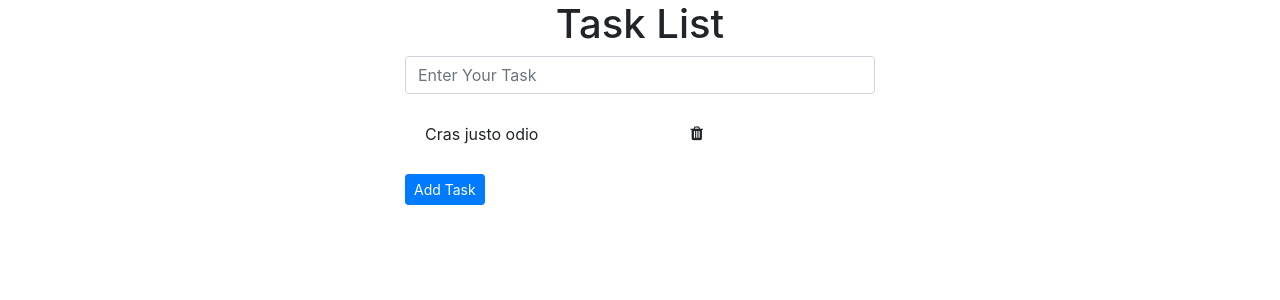
Repository: hoangphuong965/todolist
Page: index.html
These files come from the project's save history. The page is drawn as it stood at one moment and after the next save; the edit follows.
The browser window is 1280 px wide. The pictures show the whole page.

Above is the page before, as saved 2020-09-04 14:37:11.

After the next save:
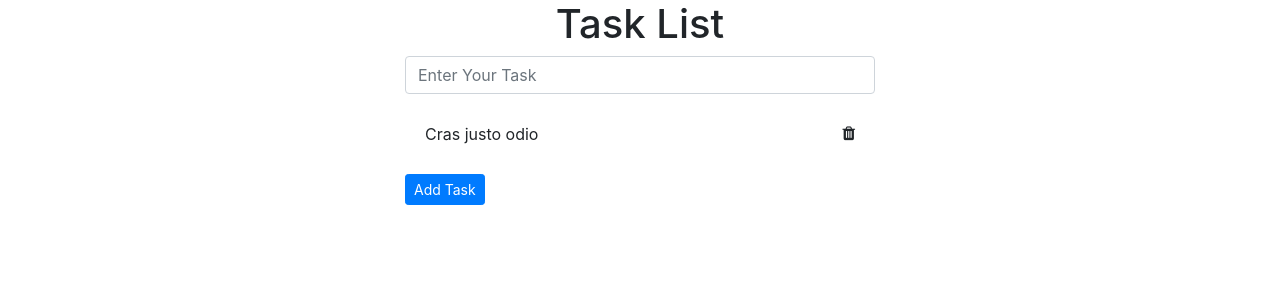
Saved 13 s later.
--- a/style.css
+++ b/style.css
@@ -3,7 +3,7 @@
 }
 .grid {
   display: grid;
-  grid-template-columns: auto auto auto auto;
+  grid-template-columns: auto auto;
 }
 i{
      margin-top: 3px;
